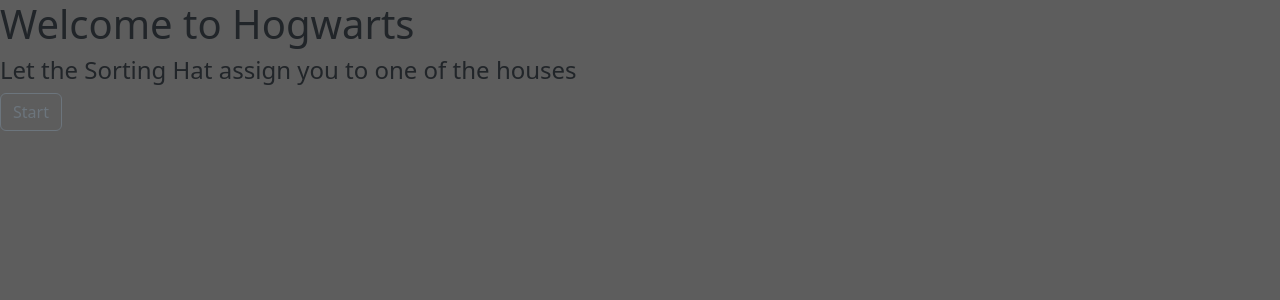
Repository: fernandabenavides618nash/INDIVIDUAL-PROJECT-sorting-hat
Page: index.html
The author's editor kept a copy of each file at every save. The page is drawn from the files as they stood at one save, then again after the next save.
The browser window is 1280 px wide. The pictures show the whole page.

Above is the page before, as saved 2023-05-03 14:18:30.
Console error: TypeError: Cannot read properties of null (reading 'addEventListener')

After the next save:
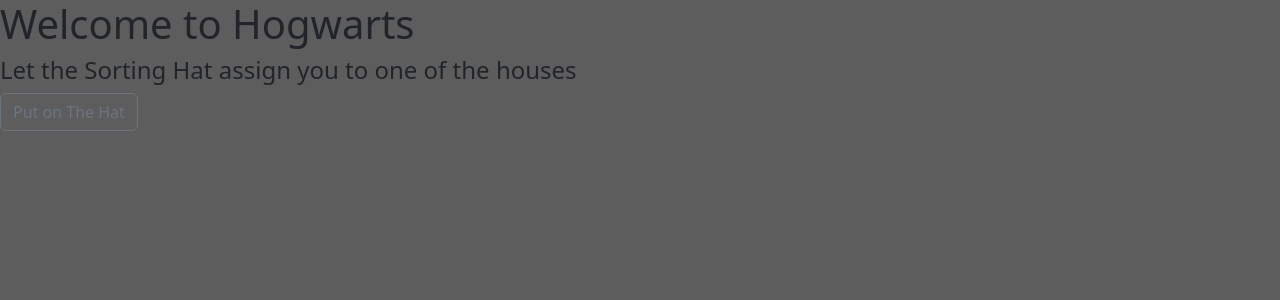
Saved 4 min 2 s later.
--- a/index.html
+++ b/index.html
@@ -9,11 +9,7 @@
   <link rel="stylesheet" href="main.css">
 </head>
 <body>
-  <div class="intro" id="intro-screen">
-    <div><h1>Welcome to Hogwarts</h1></div>
-    <div><h4>Let the Sorting Hat assign you to one of the houses</h4></div>
-    <button type="button" class="btn btn-outline-secondary">Start</button>
-  </div>
+  <div class="intro" id="intro-screen"></div>
   <div class="form" id="form-div"></div>
   <div class="students" id="students-div"></div>
   <div class="expelled" id="expelled-div"></div>
--- a/main.js
+++ b/main.js
@@ -41,9 +41,11 @@
 }
 
 const start = () => {
-  const initialScreen = ''
+  const initialScreen = '<div><h1>Welcome to Hogwarts</h1></div><div><h4>Let the Sorting Hat assign you to one of the houses</h4></div><button type="button" class="btn btn-outline-secondary">Put on The Hat</button>'
+  renderToDom ("#intro-screen", initialScreen)
+};
+start ()
 
-};
 const form = document.querySelector('form'); // targeting the form tag from dom(html)
 
 const sorting = (e) => {
